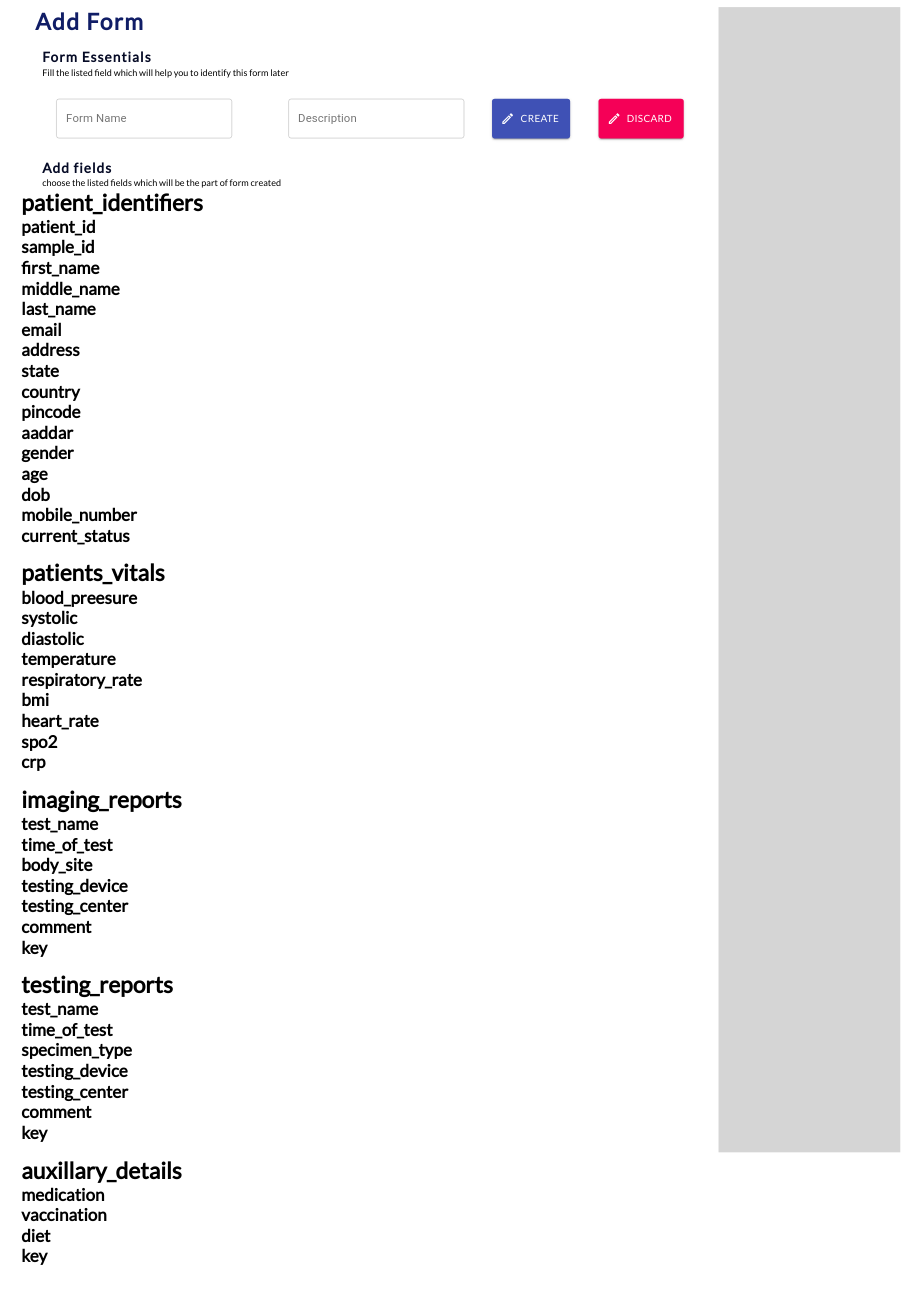
Repository: Architjain128/df
Page: /add
The author's editor kept a copy of each file at every save. The page is drawn from the files as they stood at one save, then again after a run of saves.
The browser window is 1280 px wide. The pictures show the whole page, at 71% of full size.
The project was rebuilt for these pictures with package versions that can differ from the ones it lists, and the page was loaded fresh each time. Also part of the build but not shown: src/App.css, src/dftable.js, src/dataForm.js.

Above is the page before, as saved 2021-06-25 17:34:08.

### src/addDataForm.js
import React , {Component} from 'react';
import './dataForm.css';
import { Button,TextField } from '@material-ui/core';
import CreateOutlinedIcon from '@material-ui/icons/CreateOutlined';
import TreeData from './grace.json'






class AddDataForm extends Component{
    constructor(props){
        super(props);
        this.state={
            form_name:'',
            description:'',
            tree:"<h2>txfgvhbj</h2>",
        }
        this.listit=this.listit.bind(this)
        this.fetch_child=this.fetch_child.bind(this)
    }
    listit=(data,level)=>{
        var ro=[]
        for (var c in data) {
            ro.push(<h2>{data[c]['name']}</h2>);
            console.log(data[c]['name'])
        }
        return ro
    }

    fetch_child=(datas)=>{
        var finalrow=[]
        for(let data in datas){
            console.log(datas[data]["parameters"])

            finalrow.push(<h1>{data}</h1>)
            finalrow.push(this.listit(datas[data]["parameters"],0))
            finalrow.push(<br/>)
        }
        this.setState({tree:finalrow})
    }
    componentDidMount(){
        this.fetch_child(TreeData)
    }
    render(){
        return (
            <>
                <div className="dataform">
                    <div className='df-create-section'>
                        <div className='df-form-gen'>
                            <div className="df-title">Add Form</div>
                            <div className="df-subtitle">Form Essentials</div>
                            <div className="df-description" >Fill the listed field which will help you to identify this form later</div>
                            <div className="df-form-ess">
                                <TextField id="outlined-basic" label="Form Name" variant="outlined" /><br/>
                                <TextField id="outlined-basic-large" label="Description" variant="outlined"/>
                                <div className="df-create2"><Button variant="contained" color="primary" startIcon={<CreateOutlinedIcon />}> Create </Button></div>
                                <div className="df-create2"><Button variant="contained" href='/' color="secondary" startIcon={<CreateOutlinedIcon />}> Discard </Button></div>
                            </div>
                            <div className="df-subtitle">Add fields</div>
                            <div className="df-description" >choose the listed fields which will be the part of form created</div>
                            <div className="df-create-section">
                                <div className="df-dnd">
                                    {this.state.tree}
                                </div>
                            </div>
                        </div>
                        <div className="df-form-pre-con">
                            <div className='df-form-pre'>

                            </div>
                        </div>
                    </div>
                    <div className="df-end" ></div>
                    <div className="df-footer" ></div>

                </div>
            </>
            );
        }
}

export default AddDataForm;

### src/dataForm.css
@import url('https://fonts.googleapis.com/css2?family=Lato&display=swap');

* {
  box-sizing: border-box;
  margin: 0;
  padding: 0;
  font-family: 'Lato', sans-serif;
}

.dataform {
  padding-left: clamp(10px,30px,5%);
  padding-top: clamp(5px,10px,3%);
  display:block;
  /* height: 90vh; */
  /* align-items: center; */
  justify-content: left;
}
.df-title{
  letter-spacing: 2px;
  font-size: clamp(1.8rem, 2.5vw, 2.8rem);
  color:#101d66;
  font-weight: bolder;
  padding-left:2%;
  padding-right:10%;
  margin-bottom: 2%;
}
.df-subtitle{
    letter-spacing: 1.5px;
    font-size: clamp(1.2rem, 1.5vw, 2rem);
    color:#060b26;
    font-weight: bold;
    padding-left:3%;
    padding-right:10%;
    margin-bottom: 0.2%;
}
.df-description{
    font-size: clamp(0.8rem, 1vw, 1.2rem);
    color:#000000;
    padding-left:3%;
    padding-right:10%;
}
.df-table{
    padding-top:3%;
    padding-bottom:3%;
    padding-left:3%;
    padding-right:10%;
    height: 460px;
}
.df-create-section{
  display: flex;
}
.df-create-section .df-subdes{
  flex-grow: 10;
}
.df-create-section .df-create{
  flex-grow: 0;
}
.df-create-section .df-form-gen{
  flex-grow: 1;
}
.df-create-section .df-form-pre-con{
  flex-grow: 1;
  margin-right: 1%;
}
.df-form-pre{
  background-color: rgb(213, 213, 213);
  height: 90%;
  width: 100%;
}
.df-create{
  /* margin-left: 10%; */
  /* padding: auto; */
  align-items: right;
  justify-content: flex-start;
  display: flex;
  padding-left:3%;
  padding-right:10%;
}
.df-create2{
  /* margin-left: 10%; */
  /* padding: auto; */
  align-items: right;
  justify-content: flex-start;
  display: flex;
  gap: 5px;
}
.df-end{
  padding-top: 3%;
  padding-left: 3%;
}
.df-footer{
  position:absolute;
  padding-left: 3%;
  bottom: 0;
}
.df-form-ess{
  padding: 3%;
  display: flex;
  justify-content: space-around;
}
.df-form-ess TextField{
  flex-grow: 5;
}
.df-form-ess Button{
  flex-grow: 1;
}
#outlined-basic{
  font-size: medium;
  width: 100%;
}
#outlined-basic-large{
  font-size: medium;
  width: 100%;
}
.flex-container {
  /* padding: 0; */
  /* margin: 0; */
  /* list-style: none; */
  /* display: flex; */
  /* justify-content: flex-start; */
}
.flex-item {
  /* padding: 5px; */
  /* width: 60px; */
  /* height: 50px; */
  /* margin: 5px; */
  /* line-height: 50px; */
  /* color: white; */
  /* font-weight: bold; */
  /* font-size: 2em; */
  /* text-align: center; */
}

Loaded but not shown: public/index.html (common file); src/index.js (common file); src/index.css (common file); src/App.js (common file); src/reportWebVitals.js (common file); src/grace.json (566 lines, source omitted)

After the next 2 saves:
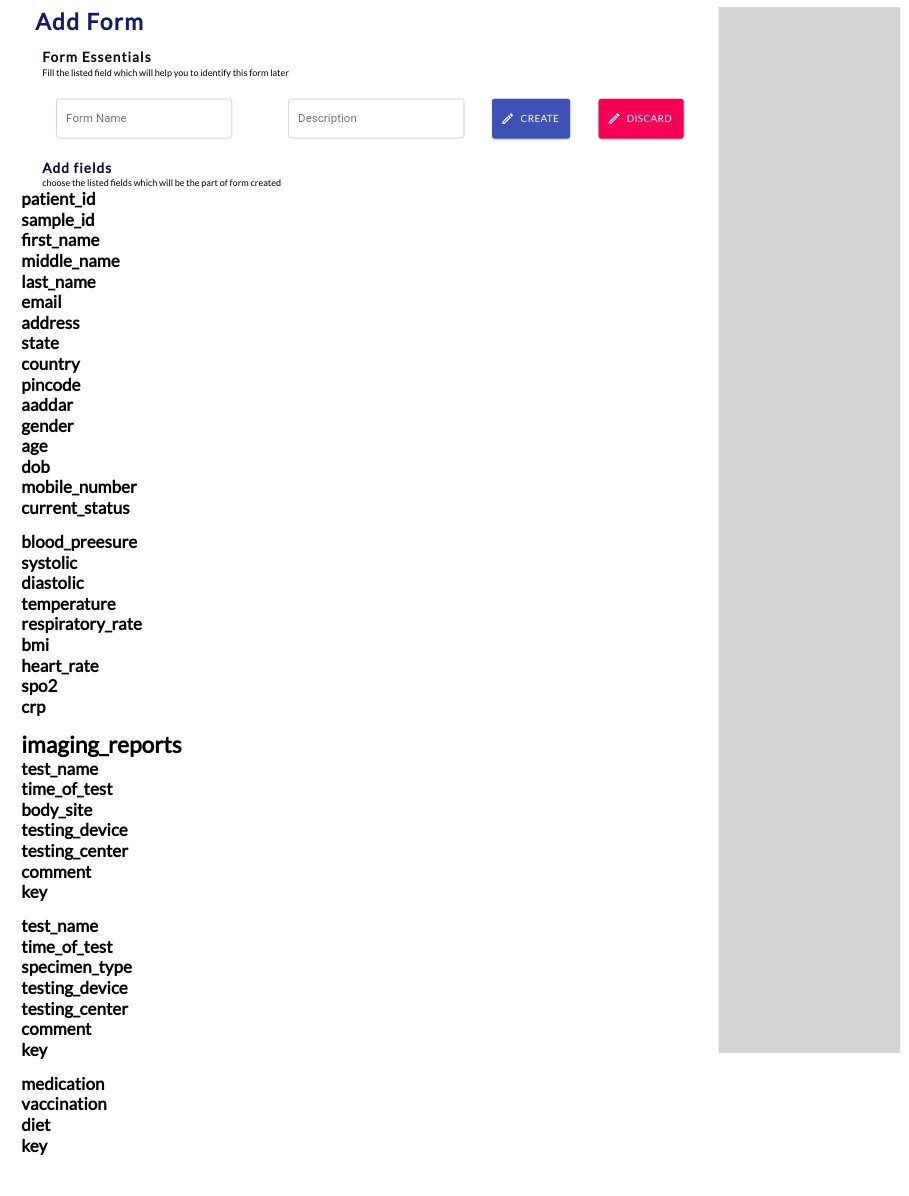
The 2 saves are shown as one change because they came seconds apart.
The last was saved 8 s later.
--- a/src/addDataForm.js
+++ b/src/addDataForm.js
@@ -33,7 +33,7 @@
         var finalrow=[]
         for(let data in datas){
             console.log(datas[data]["parameters"])
-
+            if(data=="imaging_reports")
             finalrow.push(<h1>{data}</h1>)
             finalrow.push(this.listit(datas[data]["parameters"],0))
             finalrow.push(<br/>)

After the 3 saves that followed:
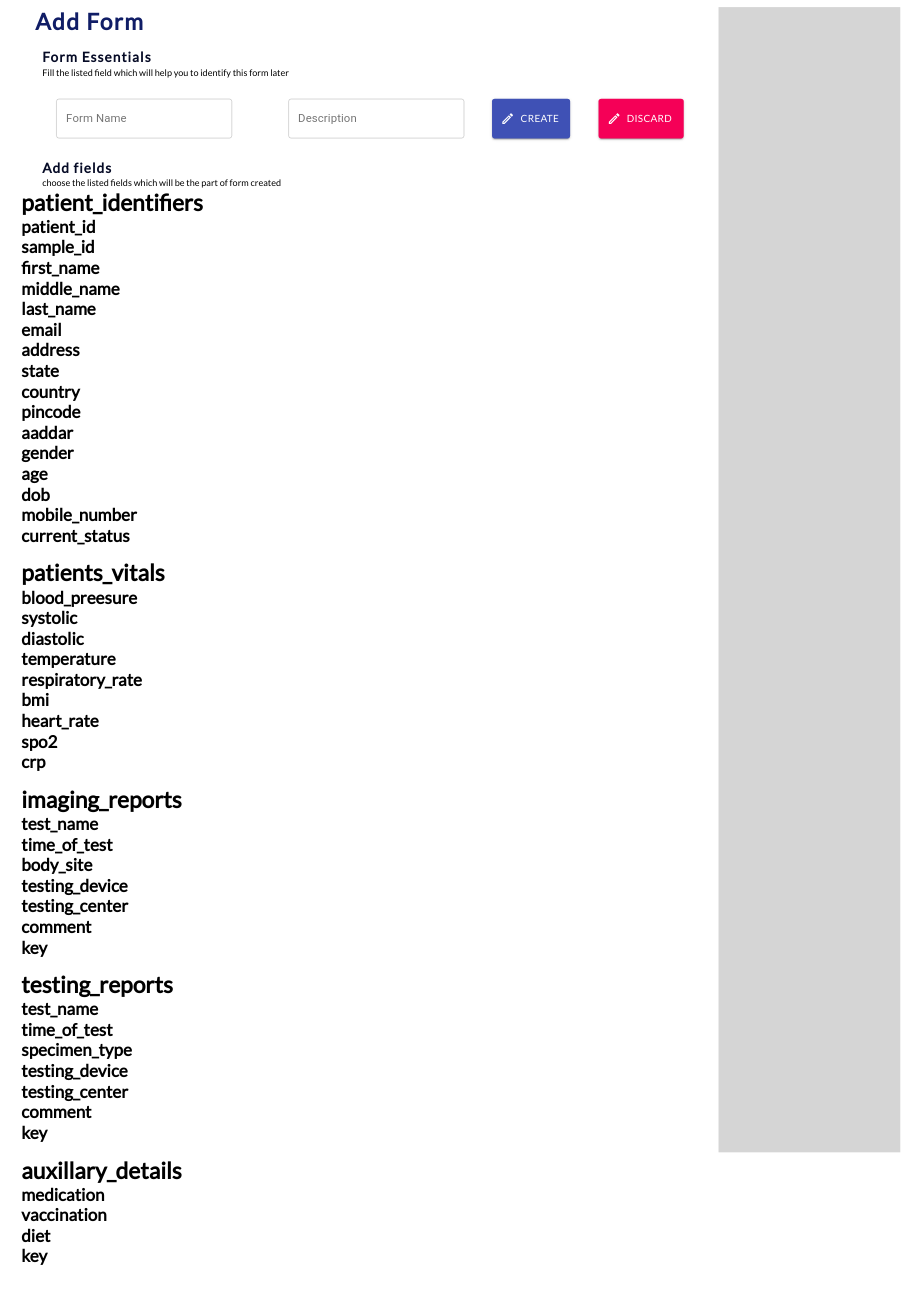
The 3 saves are shown as one change because 1 left the picture as it was and some came seconds apart.
The last was saved 11 s later.
--- a/src/addDataForm.js
+++ b/src/addDataForm.js
@@ -33,7 +33,10 @@
         var finalrow=[]
         for(let data in datas){
             console.log(datas[data]["parameters"])
-            if(data=="imaging_reports")
+            if(data==="imaging_reports"){
+
+            }
+
             finalrow.push(<h1>{data}</h1>)
             finalrow.push(this.listit(datas[data]["parameters"],0))
             finalrow.push(<br/>)
